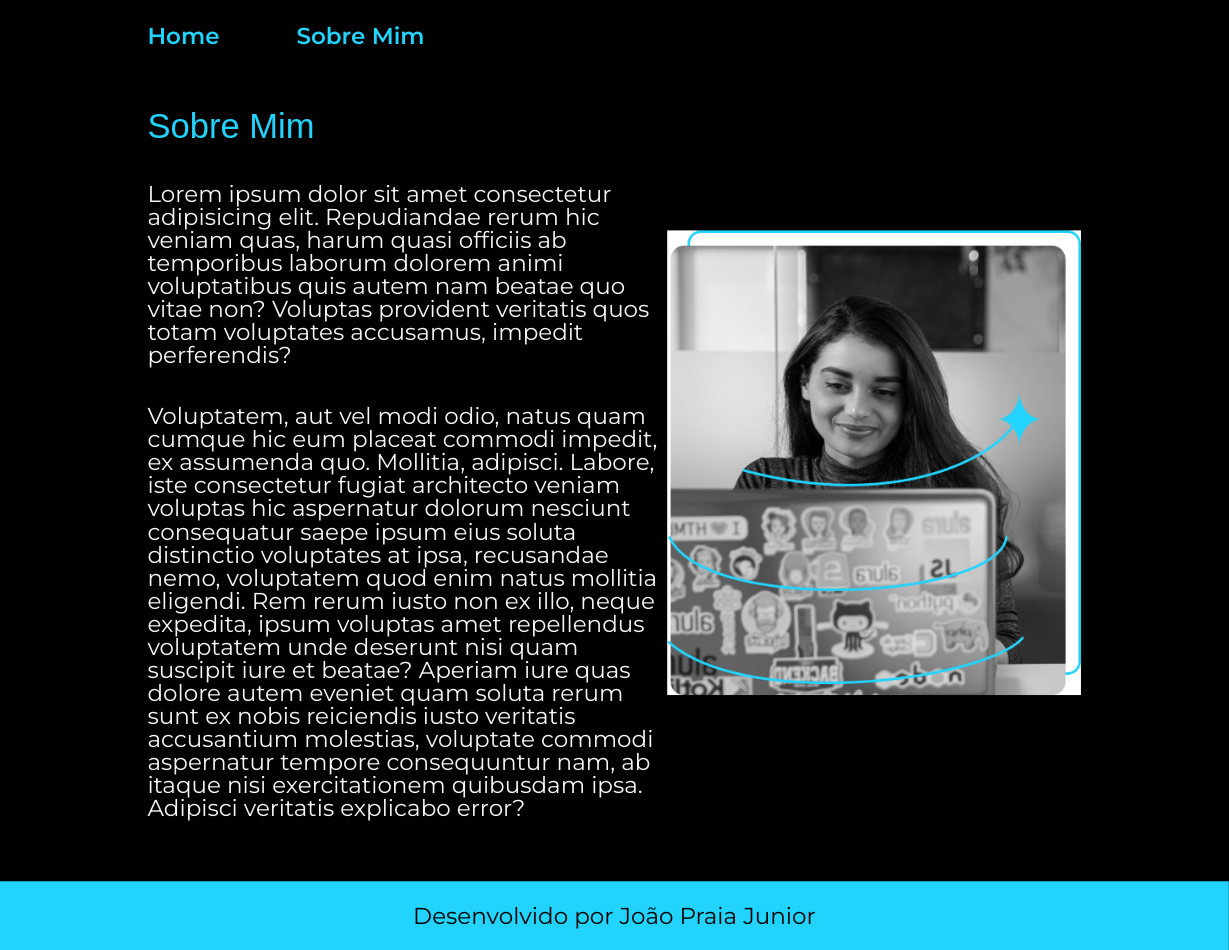
Repository: joaoPraiaJunior/html-basico
Page: about.html
The author's editor kept a copy of each file at every save. The page is drawn from the files as they stood at one save, then again after the next save.
The browser window is 1280 px wide. The pictures show the whole page, at 96% of full size.
Some web fonts or font styles are not loaded; a fallback is used. Some web libraries are served in a nearby version.

Above is the page before, as saved 2024-06-06 22:00:11.

### about.html
<!DOCTYPE html>
<html lang="pt-BR" dir="ltr">
  <head>
    <meta charset="UTF-8" />
    <meta http-equiv="X-UA-Compatible" content="IE=edge" />
    <meta name="viewport" content="width=device-width, initial-scale=1.0" />
    <title>Sobre Mim</title>
    <link rel="stylesheet" href="css/reset.css" />
    <link rel="stylesheet" href="css/style.css" />
  </head>
  <body>
    <header class="cabecalho">
      <nav class="cabecalho__menu">
        <a class="cabecalho__link" href="index.html">Home</a>
        <a class="cabecalho__link" href="about.html">Sobre Mim</a>
      </nav>
    </header>

    <main class="apresentacao">
      <section class="apresentacao__conteudo">
        <h1 class="apresentacao__titulo">Sobre Mim</h1>
        <p class="apresentacao__texto">
          Lorem ipsum dolor sit amet consectetur adipisicing elit. Repudiandae
          rerum hic veniam quas, harum quasi officiis ab temporibus laborum
          dolorem animi voluptatibus quis autem nam beatae quo vitae non?
          Voluptas provident veritatis quos totam voluptates accusamus, impedit
          perferendis?
        </p>
        <p class="apresentacao__texto">
          Voluptatem, aut vel modi odio, natus quam cumque hic eum placeat
          commodi impedit, ex assumenda quo. Mollitia, adipisci. Labore, iste
          consectetur fugiat architecto veniam voluptas hic aspernatur dolorum
          nesciunt consequatur saepe ipsum eius soluta distinctio voluptates at
          ipsa, recusandae nemo, voluptatem quod enim natus mollitia eligendi.
          Rem rerum iusto non ex illo, neque expedita, ipsum voluptas amet
          repellendus voluptatem unde deserunt nisi quam suscipit iure et
          beatae? Aperiam iure quas dolore autem eveniet quam soluta rerum sunt
          ex nobis reiciendis iusto veritatis accusantium molestias, voluptate
          commodi aspernatur tempore consequuntur nam, ab itaque nisi
          exercitationem quibusdam ipsa. Adipisci veritatis explicabo error?
        </p>
      </section>
      <section class="apresentacao__imagem">
        <img src="images/Imagem.jpg" alt="foto da joana santos programando!" />
      </section>
    </main>

    <footer class="rodape"><p>Desenvolvido por João Praia Junior</p></footer>
  </body>
  <script
    src="https://kit.fontawesome.com/c4ee7a6e8c.js"
    crossorigin="anonymous"
  ></script>
</html>

### css/reset.css
/* http://meyerweb.com/eric/tools/css/reset/
   v2.0 | 20110126
   License: none (public domain)
*/

* {
    box-sizing: border-box;
}

html, body, div, span, applet, object, iframe,
h1, h2, h3, h4, h5, h6, p, blockquote, pre,
a, abbr, acronym, address, big, cite, code,
del, dfn, em, img, ins, kbd, q, s, samp,
small, strike, strong, sub, sup, tt, var,
b, u, i, center,
dl, dt, dd, ol, ul, li,
fieldset, form, label, legend,
table, caption, tbody, tfoot, thead, tr, th, td,
article, aside, canvas, details, embed,
figure, figcaption, footer, header, hgroup,
menu, nav, output, ruby, section, summary,
time, mark, audio, video {
	margin: 0;
	padding: 0;
	border: 0;
	font: inherit;
	vertical-align: baseline;
}
/* HTML5 display-role reset for older browsers */
article, aside, details, figcaption, figure,
footer, header, hgroup, menu, nav, section {
	display: block;
}
body {
	line-height: 1;
}
ol, ul {
	list-style: none;
}
blockquote, q {
	quotes: none;
}
blockquote:before, blockquote:after,
q:before, q:after {
	content: '';
	content: none;
}
table {
	border-collapse: collapse;
	border-spacing: 0;
}

### css/style.css
@import url('https://fonts.googleapis.com/css2?family=Krona+One&family=Montserrat:wght@400;600&display=swap');

:root {
  --cor-primaria: #000;
  --cor-secundaria: #f6f6f6;
  --cor-terciaria: #22d4fd;
  --cor-hover: #272727;

  --fonte-primaria: 'Krona One', sans-serif;
  --font-secundaria: 'Montserrat', sans-serif;
}

html {
  font-size: 62.5%;
}

body {
  color: var(--cor-secundaria);
  background-color: var(--cor-primaria);
  font-size: 1.6rem;
}

.cabecalho {
  padding: 2% 0 0 12%;
}

.cabecalho__menu {
  display: flex;
  column-gap: 80px;
}

.cabecalho__link {
  font-family: 'Montserrat', sans-serif;
  font-size: 2.4rem;
  font-weight: 600;
  text-decoration: none;
  color: var(--cor-terciaria);
}

.apresentacao {
  padding: 5% 12%;
  display: flex;
  justify-content: space-between;
  align-items: center;
}

.apresentacao__conteudo {
  display:flex;
  flex-direction: column;
  width: 615px;
  gap: 40px;
}

.apresentacao__titulo {
  color: var(--cor-terciaria);
  font-family: var(--fonte-primaria);
  font-size: 3.6rem;
}

.apresentacao__subtitulo{
  font-family: var(--fonte-primaria);
  font-size: 2.4rem;
  font-weight: 400;
}

.apresentacao__texto {
  font-family: var(--font-secundaria);
  font-size: 2.4rem;
}

.apresentacao__links {
  display: flex;
  flex-direction: column;
  justify-content: space-between;
  align-items: center;
  row-gap: 32px;
}

.apresentacao__link {
  display:flex;
  justify-content: center;
  column-gap: 8px;
  color: var(--cor-primaria);
  background-color: var(--cor-terciaria);
  font-family: var(--font-secundaria);
  font-size: 2.4rem;
  font-weight: 600;
  padding: 21.5px 0;
  width: 378px;
  border-radius: 8px;
  text-align: center;
  text-decoration: none;
}

.apresentacao__link--transparente {
  color: var(--cor-secundaria);
  background-color: transparent;
  border: 2px solid var(--cor-terciaria);
  transition: all .5s ease-in-out;
}

.apresentacao__link--transparente:hover {
  background-color: var(--cor-hover)
}

.apresentacao__link--transparente .fa-brands {
  transition: color .5s ease-in-out;
}

.apresentacao__link--transparente:hover .fa-brands {
  color: var(--cor-terciaria);
}

.apresentacao__imagem img {
  max-width: 100%;
}

.rodape {
  font-family: var(--font-secundaria);
  font-size: 2.4rem;
  font-weight: 400;
  color: var(--cor-primaria);
  background-color: var(--cor-terciaria);
  padding: 24px;
  text-align: center;
}

After the next save:
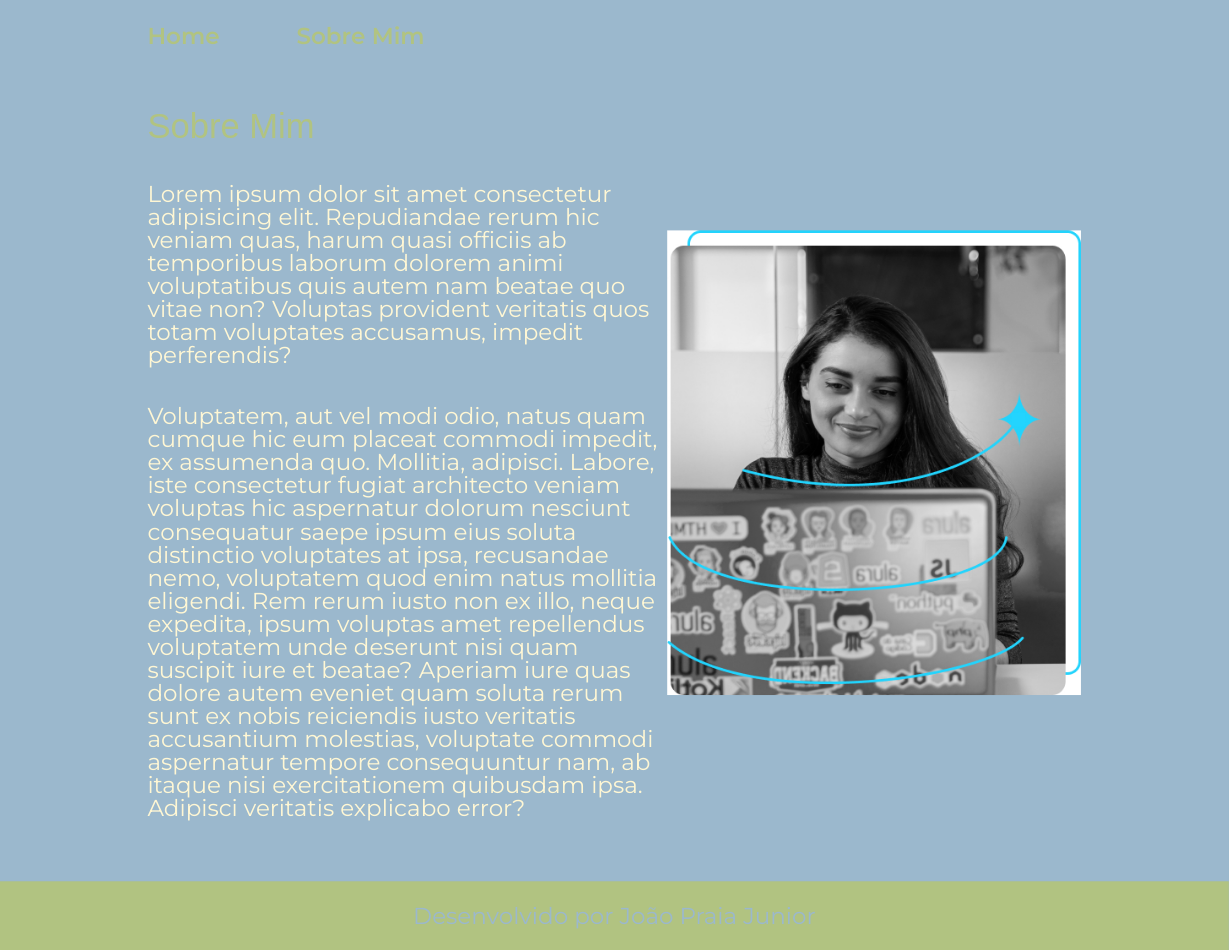
Saved 8 min 37 s later.
--- a/css/style.css
+++ b/css/style.css
@@ -1,10 +1,10 @@
 @import url('https://fonts.googleapis.com/css2?family=Krona+One&family=Montserrat:wght@400;600&display=swap');
 
 :root {
-  --cor-primaria: #000;
-  --cor-secundaria: #f6f6f6;
-  --cor-terciaria: #22d4fd;
-  --cor-hover: #272727;
+  --cor-primaria: #9BB8CD;
+  --cor-secundaria: #FFF7D4;
+  --cor-terciaria: #B1C381;
+  --cor-hover: #EEC759;
 
   --fonte-primaria: 'Krona One', sans-serif;
   --font-secundaria: 'Montserrat', sans-serif;
